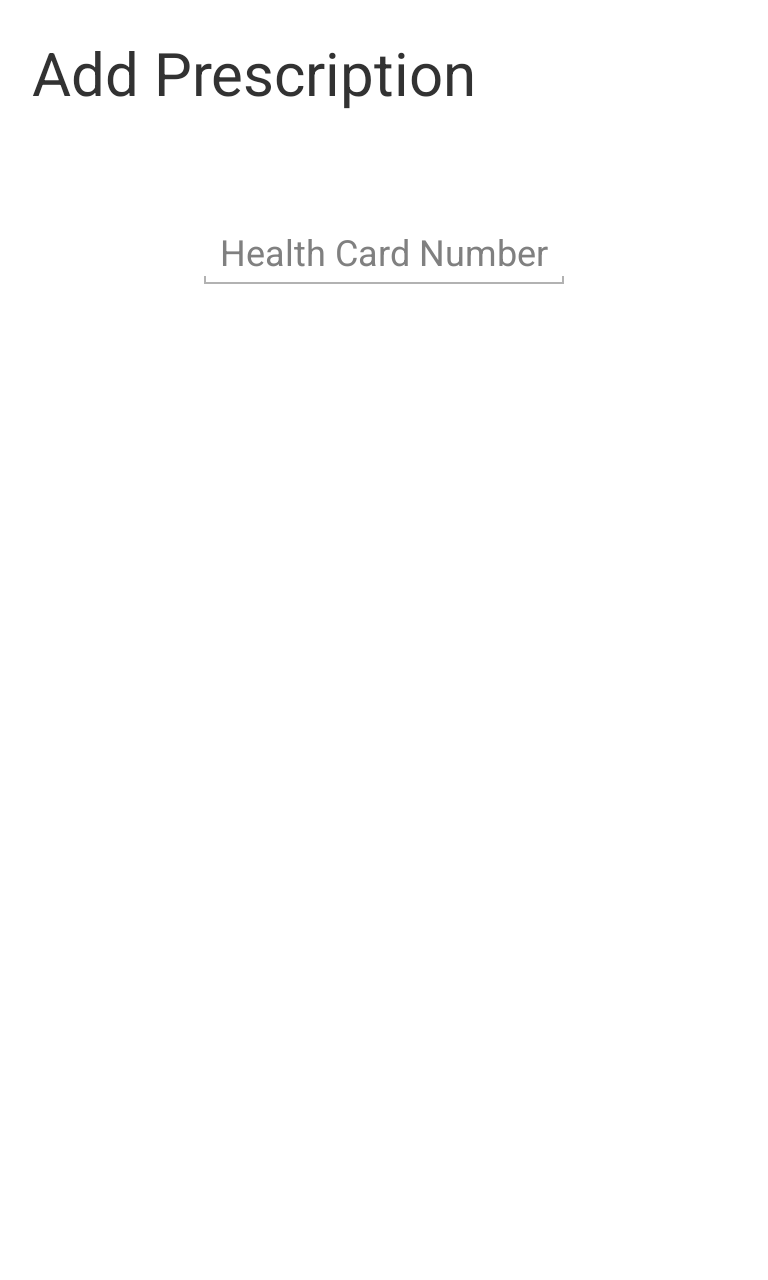
Repository: wangyuan0915/ER
Layout: workspace2/phase3/res/layout/activity_add_prescription.xml
The author's editor kept a copy of each file at every save. The layout is drawn from the files as they stood at one save, then again after the next save.
It is drawn on a 768 x 1280 px phone screen (xhdpi) without system bars, with theme AppTheme; the app's code is not run.

Above is the layout before, as saved 2013-11-24 20:32:19.

### workspace2/phase3/res/layout/activity_add_prescription.xml
<RelativeLayout xmlns:android="http://schemas.android.com/apk/res/android"
    xmlns:tools="http://schemas.android.com/tools"
    android:layout_width="match_parent"
    android:layout_height="match_parent"
    android:paddingBottom="@dimen/activity_vertical_margin"
    android:paddingLeft="@dimen/activity_horizontal_margin"
    android:paddingRight="@dimen/activity_horizontal_margin"
    android:paddingTop="@dimen/activity_vertical_margin"
    tools:context=".AddPrescription" >

    <TextView
        android:id="@+id/textView2"
        android:layout_width="wrap_content"
        android:layout_height="wrap_content"
        android:text="@string/Add_Prescription"
        android:textSize="30sp" />

    <EditText
        android:id="@+id/cardnum"
        android:layout_width="wrap_content"
        android:layout_height="wrap_content"
        android:layout_below="@+id/textView2"
        android:layout_centerHorizontal="true"
        android:layout_marginTop="50dp"
        android:hint="@string/Health_Card_Number"
        android:textAppearance="?android:attr/textAppearanceMedium" />

</RelativeLayout>

### workspace2/phase3/res/values/strings.xml
<?xml version="1.0" encoding="utf-8"?>
<resources>

    <string name="app_name">phase3</string>
    <string name="action_settings">Settings</string>
    <string name="hello_world">Hello world!</string>
    <string name="Login">Login</string>
    <string name="username">username</string>
    <string name="password">password</string>
    <string name="Nurse">Nurse</string>
    <string name="Physician">Physician</string>
    <string name="login">login</string>
    <string name="title_activity_choice">ChoiceActivity</string>
    <string name="title_activity_physician__choice">Physician_ChoiceActivity</string>
    <string name="Hello">Hello</string>
    <string name="Add_a_new_patient">Add a new patient</string>
    <string name="Add_VitalSign">Add VitalSign</string>
    <string name="title_activity_new_patient">NewPatientActivity</string>
    <string name="title_activity_add_vital_sign">AddVitalSignActivity</string>
    <string name="New_Patient">New Patient</string>
    <string name="patient_name">patient\'s name</string>
    <string name="Health_Card_Number">Health Card Number</string>
    <string name="Birthday">Birthday</string>
    <string name="Year">Year</string>
    <string name="Month">Month</string>
    <string name="Day">Day</string>
    <string name="Date">Date</string>
    <string name="Time">Time</string>
    <string name="Hour">Hour</string>
    <string name="Minute">Minute</string>
    <string name="Submit">Submit</string>
    <string name="VitalSign">VitalSign</string>
    <string name="Temperature">Temperature</string>
    <string name="Systolic">Systolic</string>
    <string name="Diastolic">Diastolic</string>
    <string name="Heartrate">Heartrate</string>
    <string name="View_Patient_Record">View Patient\'s Record</string>
    <string name="Add_Prescription">Add Prescription</string>
    <string name="title_activity_view_patient_record">ViewPatientRecord</string>
    <string name="title_activity_add_prescription">AddPrescription</string>
    <string name="Medication">Medication</string>

</resources>

Loaded but not shown: workspace2/phase3/res/values/styles.xml (common file); workspace2/phase3/res/values-v11/styles.xml (common file); workspace2/phase3/res/values-v14/styles.xml (common file); workspace2/phase3/res/values/dimens.xml (common file)

After the next save:
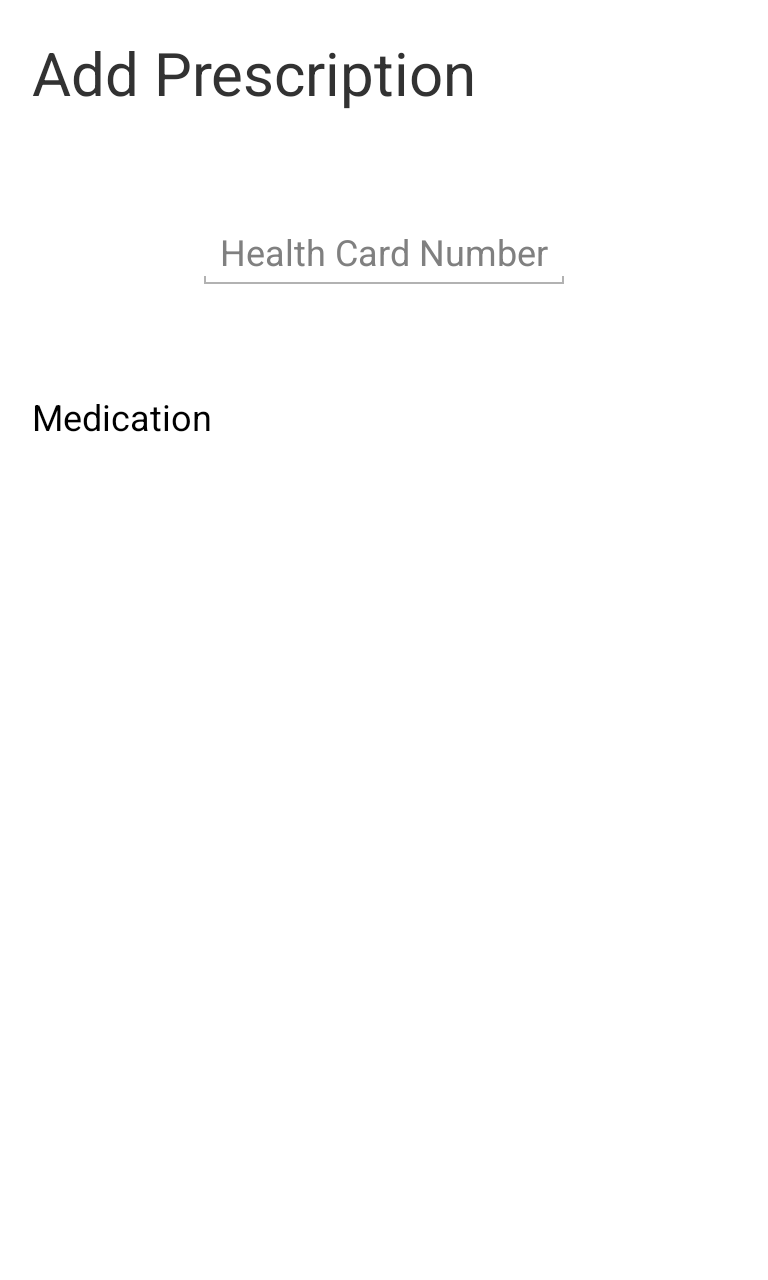
Saved 19 s later.
--- a/workspace2/phase3/res/layout/activity_add_prescription.xml
+++ b/workspace2/phase3/res/layout/activity_add_prescription.xml
@@ -25,4 +25,14 @@
         android:hint="@string/Health_Card_Number"
         android:textAppearance="?android:attr/textAppearanceMedium" />
 
+    <TextView
+        android:id="@+id/Medication"
+        android:layout_width="wrap_content"
+        android:layout_height="wrap_content"
+        android:layout_alignLeft="@+id/textView2"
+        android:layout_below="@+id/cardnum"
+        android:layout_marginTop="50dp"
+        android:text="Medication"
+        android:textAppearance="?android:attr/textAppearanceMedium" />
+
 </RelativeLayout>
